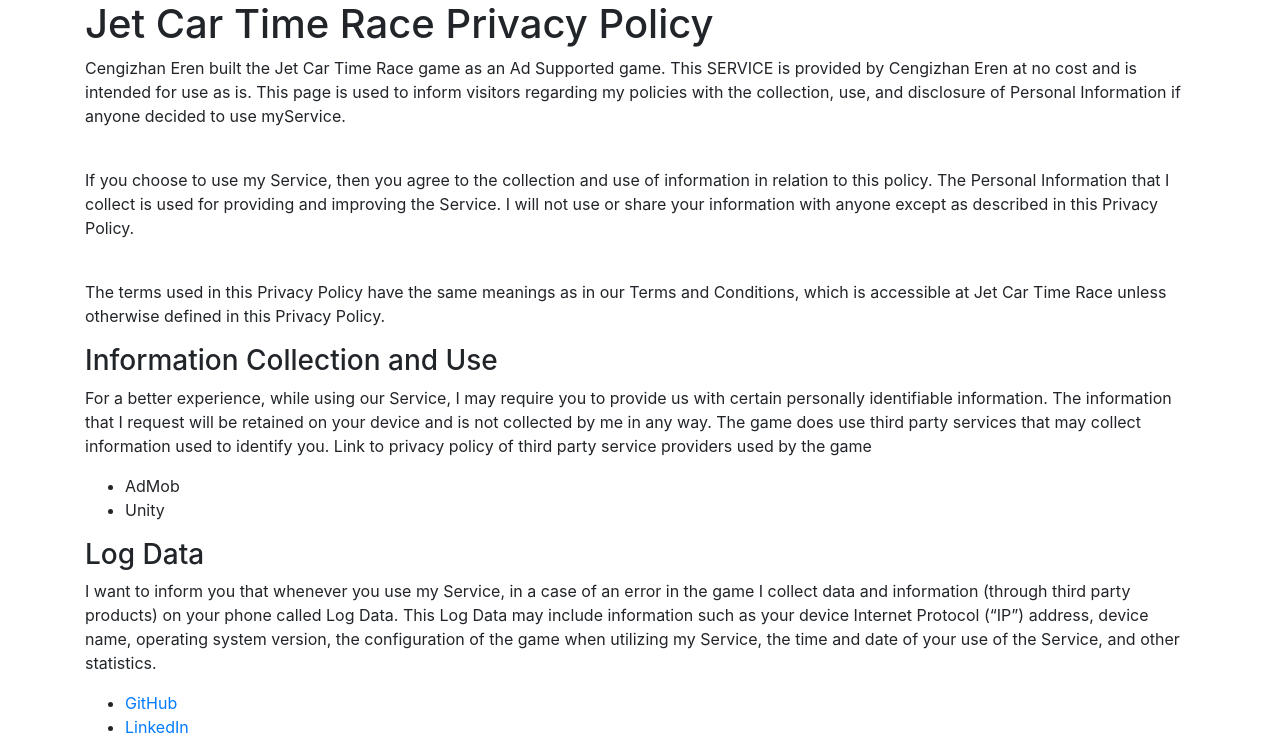
Repository: CengoCengo/cengocengo.github.io
Page: jetcartimeraceprivacypolicy.html
An editor plug-in stored every save of this project. The page is shown before and after the next save, followed by the edit.
The browser window is 1280 px wide. The pictures show the whole page.

Above is the page before, as saved 2022-10-11 14:30:36.

### jetcartimeraceprivacypolicy.html
<!DOCTYPE html>
<html lang="en">
<head>
    <meta charset="UTF-8">
    <meta http-equiv="X-UA-Compatible" content="IE=edge">
    <meta name="viewport" content="width=device-width, initial-scale=1, user-scalable=yes">
    <link rel="stylesheet" href="https://cdn.jsdelivr.net/npm/bootstrap@4.3.1/dist/css/bootstrap.min.css" integrity="sha384-ggOyR0iXCbMQv3Xipma34MD+dH/1fQ784/j6cY/iJTQUOhcWr7x9JvoRxT2MZw1T" crossorigin="anonymous">

    <!-- <script>
        var firstClick = false
        document.onclick= function(event) {
            if(firstClick == false) {
                var audio = document.createElement("AUDIO")
                audio.setAttribute('id','audioId');
                document.body.appendChild(audio);
                audio.src = "startup.mp3"
                audio.play()
            }
            firstClick = true
        }
    </script> -->


    <title>Jet Car Time Race Privacy Policy</title>
</head>
<body>

    <body class="container">
		<div id="wrapper">
			<div id="bg"></div>
			<div id="main">
				<!-- Header -->
					<header id="header">
						<h1>  Jet Car Time Race Privacy Policy </h1>
        				<p>Cengizhan Eren built the Jet Car Time Race game as an Ad Supported game. This SERVICE is provided by Cengizhan Eren at no cost and is intended for use as is. This page is used to inform visitors regarding my policies with the collection, use, and disclosure of Personal Information if anyone decided to use myService.</p> <br>
                        <p>
                            If you choose to use my Service, then you agree to the collection and use of information in relation to this policy. The Personal Information that I
collect is used for providing and improving the Service. I will not use or share your information with anyone except as described in this Privacy Policy.
                        </p>    <br>

                        <p>
                            The terms used in this Privacy Policy have the same meanings as in our Terms and Conditions, which is accessible at Jet Car Time Race unless
otherwise defined in this Privacy Policy.
                        </p>

                        <h3 >
                            Information Collection and Use
                        </h3>

                        <p>
                            For a better experience, while using our Service, I may require you to provide us with certain personally identifiable information. The information that I
request will be retained on your device and is not collected by me in any way.
The game does use third party services that may collect information used to identify you.
Link to privacy policy of third party service providers used by the game
                        </p>

                        <ul>
                            <li>AdMob</li>
                            <li>Unity</li>
                        </ul>

                        <h3>Log Data</h3>
                        <p>
                            I want to inform you that whenever you use my Service, in a case of an error in the game I collect data and information (through third party products)
on your phone called Log Data. This Log Data may include information such as your device Internet Protocol (“IP”) address, device name, operating
system version, the configuration of the game when utilizing my Service, the time and date of your use of the Service, and other statistics.
                        </p>


						<nav>
							<ul>
								<li><a href="https://github.com/cengocengo" target="_blank" class="icon brands fa-github"><span>GitHub</span></a></li>
								<li><a href="https://www.linkedin.com/in/cengizhan-eren" target="_blank" class="icon brands fa-linkedin"><span>LinkedIn</span></a></li>
							</ul>
						</nav>
					</header>
			</div>
		</div>
        <script src="https://code.jquery.com/jquery-3.3.1.slim.min.js" integrity="sha384-q8i/X+965DzO0rT7abK41JStQIAqVgRVzpbzo5smXKp4YfRvH+8abtTE1Pi6jizo" crossorigin="anonymous"></script>
        <script src="https://cdn.jsdelivr.net/npm/popper.js@1.14.7/dist/umd/popper.min.js" integrity="sha384-UO2eT0CpHqdSJQ6hJty5KVphtPhzWj9WO1clHTMGa3JDZwrnQq4sF86dIHNDz0W1" crossorigin="anonymous"></script>
        <script src="https://cdn.jsdelivr.net/npm/bootstrap@4.3.1/dist/js/bootstrap.min.js" integrity="sha384-JjSmVgyd0p3pXB1rRibZUAYoIIy6OrQ6VrjIEaFf/nJGzIxFDsf4x0xIM+B07jRM" crossorigin="anonymous"></script>
</body>
</html>

After the next save:
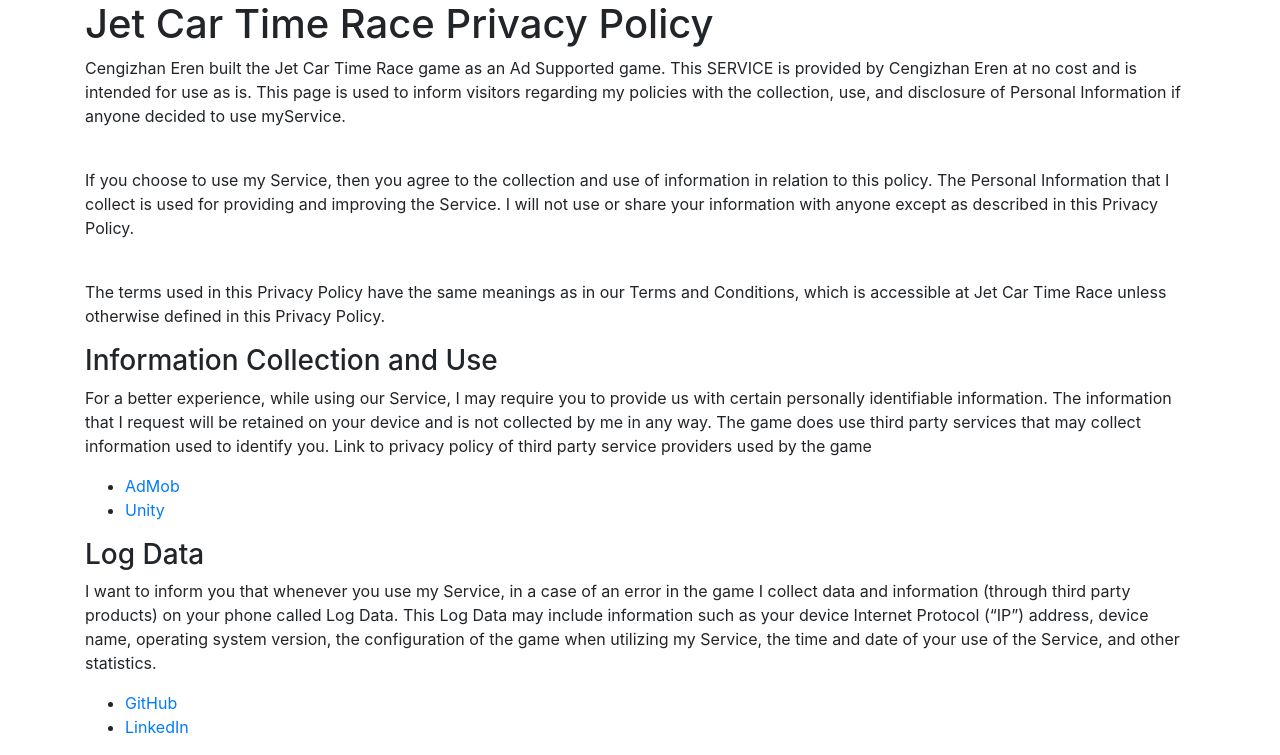
Saved 2 min 1 s later.
--- a/jetcartimeraceprivacypolicy.html
+++ b/jetcartimeraceprivacypolicy.html
@@ -55,8 +55,8 @@
                         </p>
 
                         <ul>
-                            <li>AdMob</li>
-                            <li>Unity</li>
+                            <li><a href="https://support.google.com/admob/answer/6128543?hl=en" target="_blank" class="icon brands fa-github"><span>AdMob</span></a></li>
+							<li><a href="https://www.linkedin.com/in/cengizhan-eren" target="_blank" class="icon brands fa-linkedin"><span>Unity</span></a></li>
                         </ul>
 
                         <h3>Log Data</h3>
